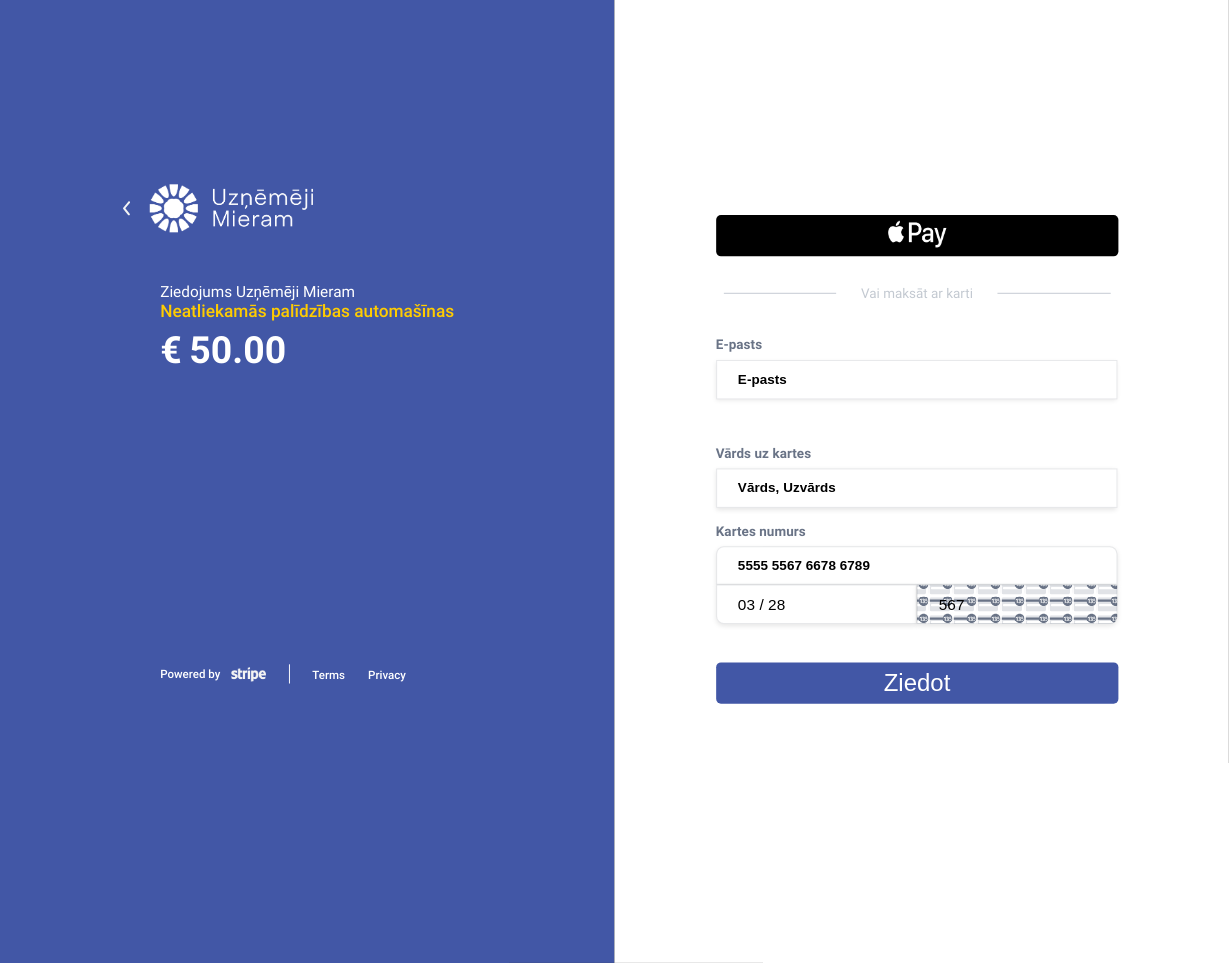
Repository: KatrinaPa/projekts_jul
Page: stripe.html
The author's editor kept a copy of each file at every save. The page is drawn from the files as they stood at one save, then again after the next save.
The browser window is 1280 px wide. The pictures show the whole page, at 96% of full size.

Above is the page before, as saved 2023-08-02 13:09:27.

### stripe.html
<!DOCTYPE html>
<html lang="en">

<head>
    <meta charset="UTF-8">
    <meta http-equiv="X-UA-Compatible" content="IE=edge">
    <meta name="viewport" content="width=device-width, initial-scale=1.0">
    <title>Stripe</title>
    <link rel="preconnect" href="https://fonts.googleapis.com">
    <link rel="preconnect" href="https://fonts.gstatic.com" crossorigin>
    <link href="https://fonts.googleapis.com/css2?family=Poppins:wght@300;400;500;600;700&display=swap"
        rel="stylesheet">
    <link rel="preconnect" href="https://fonts.googleapis.com">
    <link rel="preconnect" href="https://fonts.gstatic.com" crossorigin>
    <link href="https://fonts.googleapis.com/css2?family=Poppins:wght@300;400;500;600&display=swap" rel="stylesheet">
    <link rel="stylesheet" href="./assets/main.css" />
    <link rel="stylesheet" href="./assets/stripe-styles.css" />
    <link rel="stylesheet" href="https://cdnjs.cloudflare.com/ajax/libs/font-awesome/6.2.0/css/all.min.css" />
</head>

<body>

    <main>
        <div class="panel-2">
            <section class="section_left">
                <div class="wrapper_left">
                    <div class="logo-back"><a href="sakums.html">
                            <button class="back-btn">
                                <svg xmlns="http://www.w3.org/2000/svg" width="26" height="26" viewBox="0 0 26 26"
                                    fill="none">
                                    <path
                                        d="M15.2444 20.2912C15.0888 20.2917 14.935 20.2574 14.7944 20.1907C14.6538 20.124 14.53 20.0266 14.4319 19.9058L9.40066 13.6558C9.24745 13.4694 9.1637 13.2356 9.1637 12.9943C9.1637 12.753 9.24745 12.5192 9.40066 12.3328L14.609 6.08285C14.7858 5.87012 15.0399 5.73635 15.3153 5.71095C15.5908 5.68556 15.865 5.77062 16.0777 5.94743C16.2905 6.12424 16.4242 6.37832 16.4496 6.65376C16.475 6.9292 16.39 7.20345 16.2132 7.41618L11.5569 12.9995L16.0569 18.5828C16.1843 18.7357 16.2652 18.9219 16.2901 19.1194C16.315 19.3168 16.2827 19.5173 16.1973 19.697C16.1118 19.8767 15.9766 20.0282 15.8078 20.1335C15.6389 20.2388 15.4434 20.2935 15.2444 20.2912Z"
                                        fill="#F4F4F4" />
                                </svg>
                            </button>
                            <div>
                                <img src="assets/images/UM_logo_white.png" alt="UM_logo_white" id="logo-white">
                            </div>
                        </a></div>
                    <div class="donate-amount">
                        <p>Ziedojums Uzņēmēji Mieram<br>
                            <span>Neatliekamās palīdzības automašīnas</span>
                        </p>
                        <div>
                            <h2>€</h2>
                            <h2>50.00</h2>
                        </div>
                    </div>
                    <div class="terms-privacy">
                        <div>Powered by <img src="assets/images/stripe_wht.png" alt="Stripe" id="stripe_logo"></div>
                        <div class="centred-divid"></div>
                        <div class="terms">Terms</div>
                        <div class="privacy">Privacy</div>
                    </div>
                </div>
            </section>


            <section class="section_right">
                <div class="wrapper_right">
                    <button type="submit" class="button-ApplePay"><img src="assets/images/applePay.png" alt="ApplePay"
                            id="applePay-btn"></button>
                    <div class="pay-card-wrapper">
                        <div class="pay-card-line"></div>
                        <div class="pay-card">
                            <p>Vai maksāt ar karti</p>
                        </div>
                        <div class="pay-card-line"></div>
                    </div>

                    <div class="donor-details">
                        <form action="#">
                            <div class="input-details">
                                <label for="email">E-pasts</label>
                                <input type="email" placeholder="E-pasts" id="email" />
                            </div>
                            <div class="input-details">
                                <label for="name-onCard">Vārds uz kartes</label>
                                <input type="text" placeholder="Vārds, Uzvārds" id="name-onCard" />
                            </div>
                            <div class="input-card-details">
                                <label for="card-nr">Kartes numurs</label>
                                <input type="tel" placeholder="5555 5567 6678 6789" id="card-nr" />
                                <div>
                                    <input type="tel" placeholder="03 / 28" id="valid" />
                                    <input type="tel" placeholder="567" id="cvc" class="input-icon-cvc" />
                                </div>
                            </div>
                            <button type="submit" class="button-donate id=" donate-btn">Ziedot</button>
                        </form>
                    </div>
                </div>
            </section>

        </div>
    </main>


</body>

</html>

### assets/stripe-styles.css
.panel-2 {
    display: flex;
    flex-direction: row;
    justify-content: center;
}

.section_left {
    display: flex;
    justify-content: center;
    width: 50%;
    height: 62.69rem;
    background-color: #4257A6;
    font-family: Roboto;
    color: #ffffff;
}

.wrapper_left {
    display: flex;
    flex-direction: column;
    align-items: flex-start;
}

.logo-back {
    margin-top: 12rem;
}

.logo-back a {
    display: flex;
    gap: 0.7rem;
}

.back-btn {
    border: 0;
    background: transparent;
    padding: 0;
    cursor: pointer;
}

#logo-white {
    width: 10.625rem;
}

.donate-amount {
    display: flex;
    flex-direction: column;
    padding-left: 3rem;
}

.donate-amount p {
    font-size: 16px;
    font-weight: 400;
    margin: 3rem 3rem 0 0;
}

.donate-amount p span {
    font-size: 18px;
    font-weight: 500;
    color: #FFCC00;
}

.donate-amount div {
    display: flex;
    gap: 0.5rem;
}

.donate-amount h2 {
    font-size: 39px;
    font-weight: 600;
    margin-top: 0.5rem;
}

.terms-privacy {
    font-size: 12px;
    font-weight: 500;
    display: flex;
    gap: 1.5rem;
    margin-top: 17rem;
    width: 16rem;
    padding-left: 3rem;
}

.terms-privacy div:first-child {
    display: flex;
    justify-content: space-between;
    align-items: center;
}

.terms-privacy img {
    width: 33%;
}

.centred-divid {
    width: 1px;
    height: 1.25rem;
    background-color: #ffffff;
}

.terms,
.privacy {
    padding-top: 0.2rem;
    cursor: pointer;
}



.section_right {
    width: 50%;
    background-color: #ffffff;
    font-family: Roboto;
}

.wrapper_right {
    padding: 13rem 7.2rem 0 6.6rem;
}

.button-ApplePay {
    margin-top: 1rem;
    width: 100%;
    height: 2.69rem;
    max-width: 26.25rem;
    background-color: #000;
    border-radius: 5px;
    border: none;
    cursor: pointer;
}

.button-ApplePay img {
    width: 15%;
}

.pay-card-wrapper {
    display: flex;
    align-items: center;
    padding: 1rem 0.5rem 1.5rem 0.5rem;
    max-width: 25.2rem;
}

.pay-card {
    width: 100%;
    max-width: 26.25rem;
    display: flex;
    justify-content: center;
    font-size: 14px;
    font-weight: 400;
    color: #C3C9D1;
}

.pay-card-line {
    border-top: 1px solid #C3C9D1;
    width: 70%;
}

.section_right input {
    width: auto;
    max-width: 25.8rem;
    height: 2.3rem;
    border: solid 1px rgba(60, 66, 87, 0.12);
    box-shadow: 0px 2px 5px 0px rgba(0, 0, 0, 0.1);
    font-size: 14px;
    font-weight: 600;
    line-height: 22px;
    letter-spacing: 0.07px;
}

.section_right ::placeholder {
    padding: 0 1.25rem;
    color: #000;
}

.section_right label {
    color: #697386;
    font-size: 14px;
    font-weight: 600;
    letter-spacing: 0.07px;
}

form div:first-child {
    margin-bottom: 3rem;
}

.input-details {
    display: flex;
    flex-direction: column;
    gap: 0.5rem;
    margin-bottom: 1rem;
}

.input-card-details {
    gap: 0;
    display: flex;
    flex-direction: column;
}

.input-card-details label {
    margin-bottom: 0.5rem;
}

.input-card-details div {
    display: flex;
    flex-direction: row;
}

.input-card-details div input {
    width: 50%;
    max-width: 12.7rem;
    font-size: 16px;
    font-weight: 500;
}

.input-details input {
    margin: 0;
}

#card-nr {
    border-radius: 8px 8px 0 0;
}

#valid {
    border-radius: 0 0 0 8px;
}

#cvc {
    border-radius: 0 0 8px 0;
}

.input-icon-cvc {
    background-image: url("data:[embedded picture, 2812 characters]");
    background-position: 0.7rem center;
}

.button-donate {
    margin-top: 2.5rem;
    width: 100%;
    max-width: 26.25rem;
    background-color: #4257A6;
    color: #ffffff;
    font-size: 25px;
    font-weight: 500;
    height: 2.69rem;
    text-decoration: none;
    border-radius: 5px;
    border: none;
    cursor: pointer;
}

@media (min-width: 1370px) {
    .wrapper_right {
        padding: 13rem 10.5rem 0 6.6rem;
    }
}

@media (min-width: 1340px) {
    .wrapper_right {
        padding: 13rem 9.5rem 0 6.6rem;
    }
}

@media (min-width: 1300px) {
    .wrapper_right {
        padding: 13rem 8.5rem 0 6.6rem;
    }
}

@media (max-width: 1080px) {
    .wrapper_right {
        padding: 13rem 6.2rem 0 5.6rem;
    }

    .pay-card-line {
        width: 50%;
    }
}

@media (max-width: 980px) {
    .wrapper_right {
        padding: 13rem 5.2rem 0 4.6rem;
    }
}

@media (max-width: 900px) {
    .wrapper_right {
        padding: 13rem 4.4rem 0 4rem;
    }
}

@media (max-width: 821px) {
    .wrapper_right {
        padding: 13rem 3.6rem 0 3.2rem;
    }

    .pay-card-line {
        width: 38%;
    }

    .terms-privacy {
        margin-top: 15.6rem;
    }
}

Loaded but not shown: assets/main.css (1433 lines, source omitted)

After the next save:
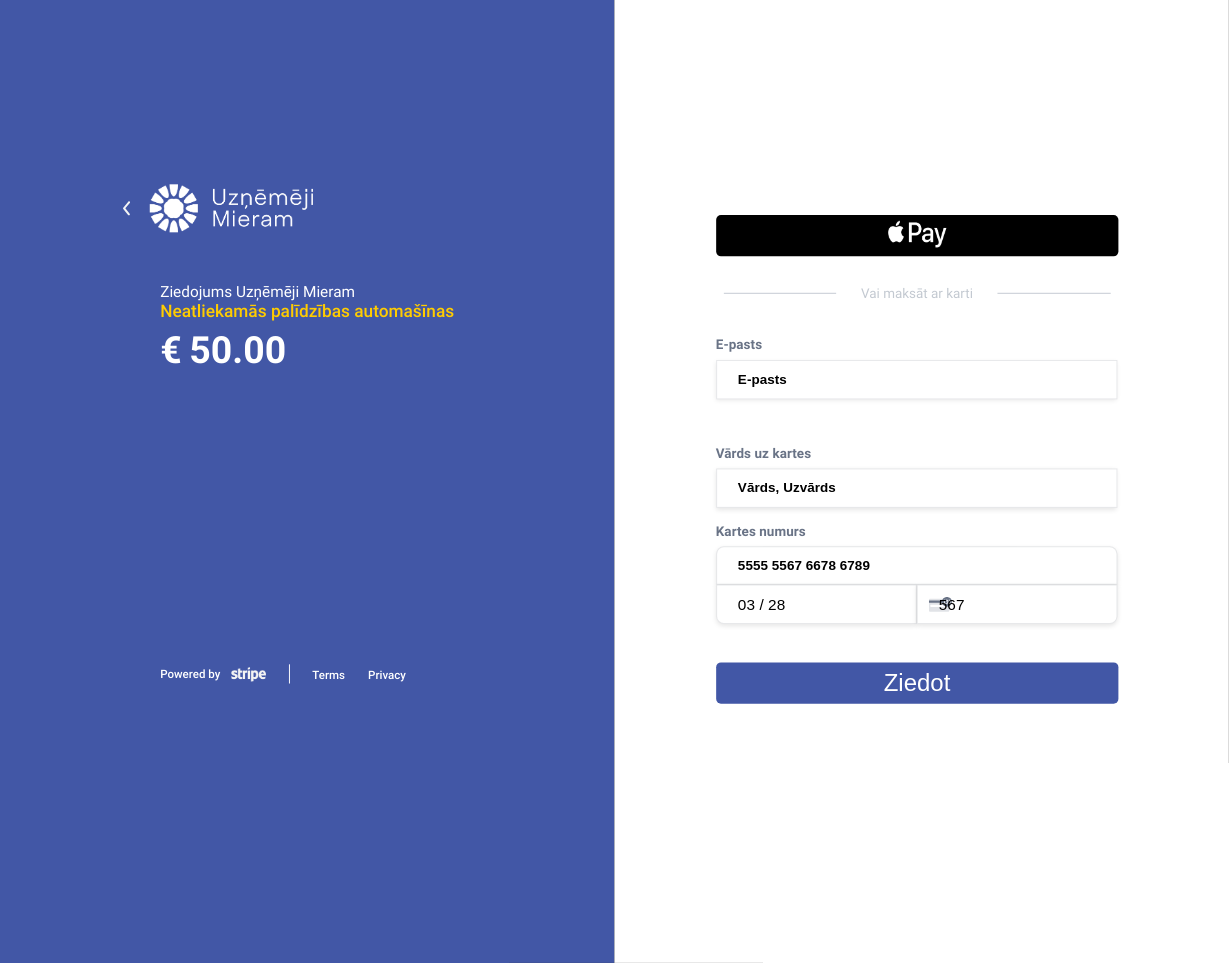
Saved 81 s later.
--- a/assets/stripe-styles.css
+++ b/assets/stripe-styles.css
@@ -226,6 +226,10 @@
 .input-icon-cvc {
     background-image: url("data:[embedded picture, 2812 characters]");
     background-position: 0.7rem center;
+}
+
+.donor-details input {
+    background-repeat: no-repeat;
 }
 
 .button-donate {
